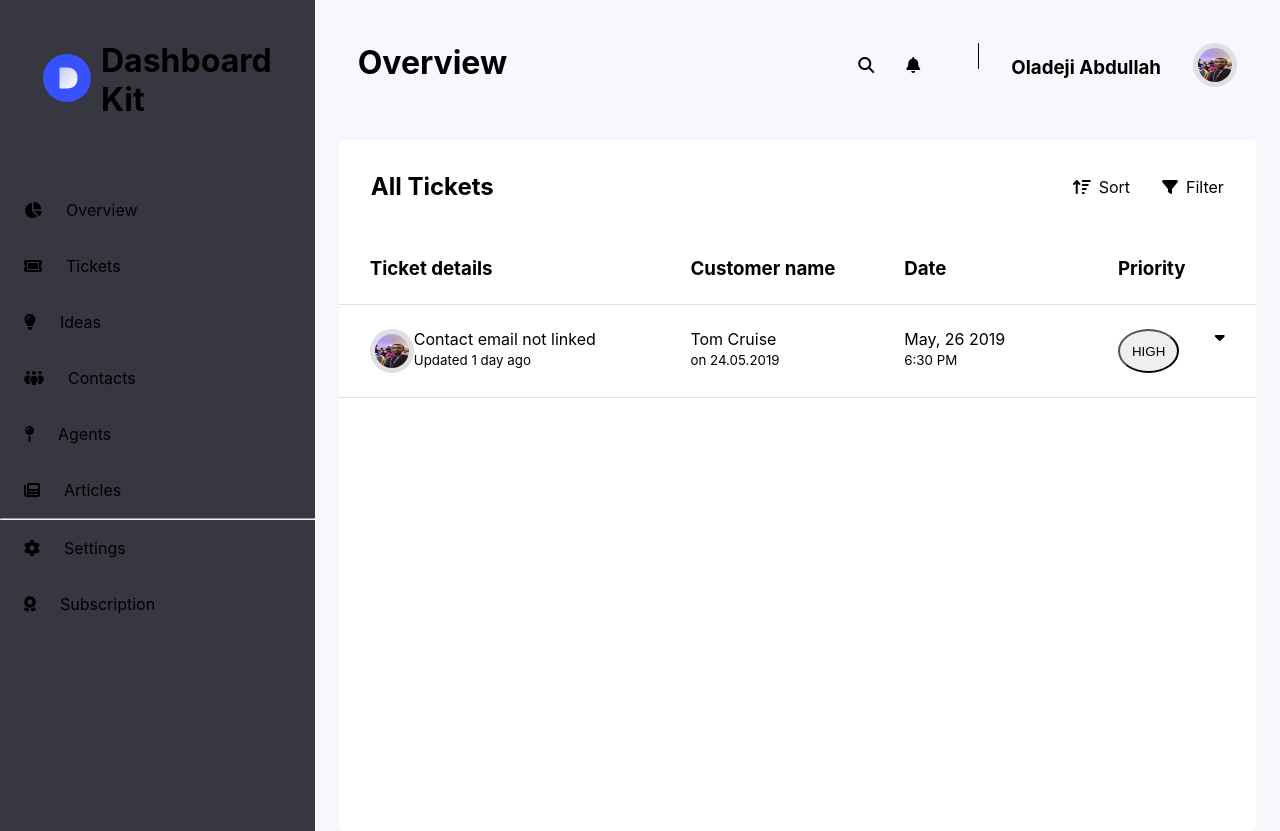
Repository: BuduCE/dashboard
Page: /
The author's editor kept a copy of each file at every save. The page is drawn from the files as they stood at one save, then again after the next save.
The browser window is 1280 px wide. The pictures show the whole page.
Some web libraries are served in a nearby version. The project was rebuilt for these pictures with package versions that can differ from the ones it lists, and the page was loaded fresh each time. Also part of the build but not shown: src/pages/Overview/index.jsx.

Above is the page before, as saved 2022-08-05 00:08:12.

After the next save:
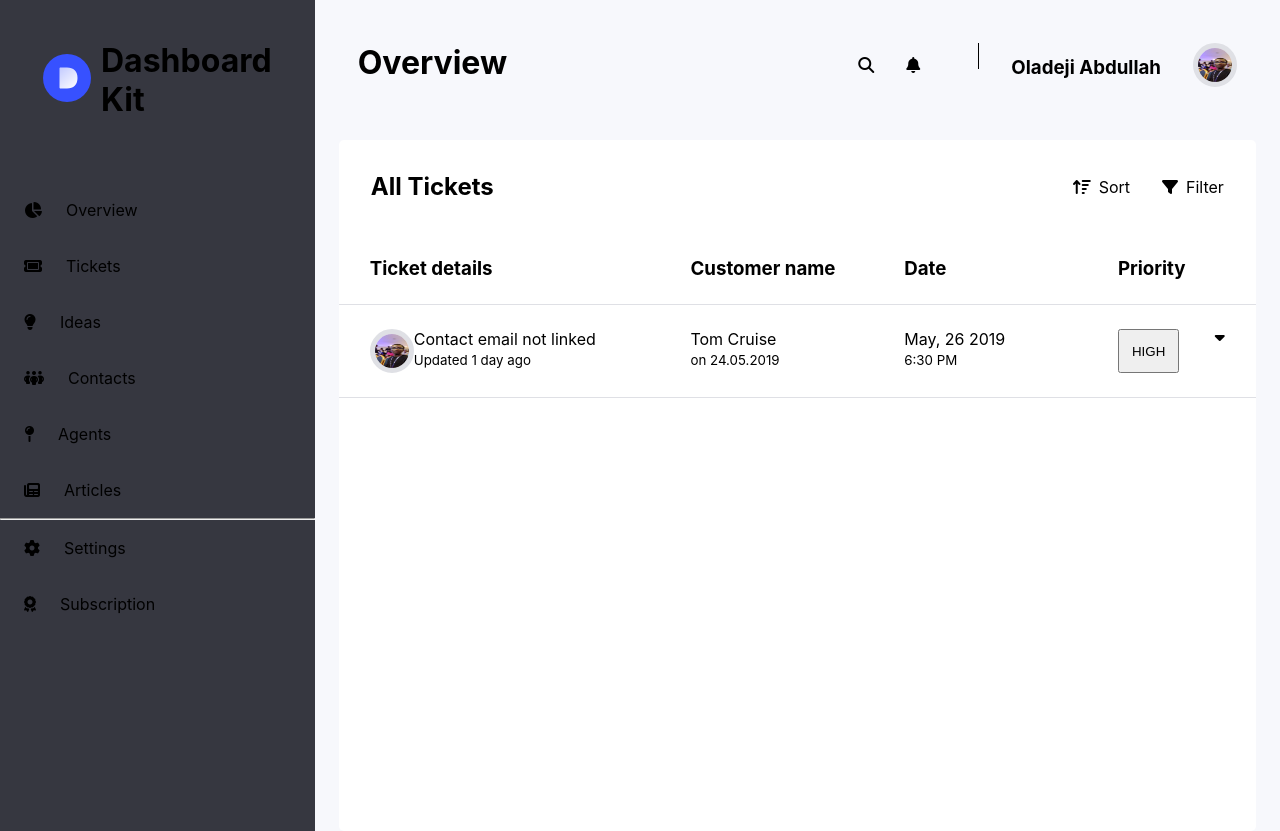
Saved 6 s later.
--- a/src/pages/Tickets/styles.css
+++ b/src/pages/Tickets/styles.css
@@ -54,5 +54,5 @@
 }
 .info_status button{
     padding: 5px 12px;
-    border-radius: 100%;
+    border-radius: %;
 }
